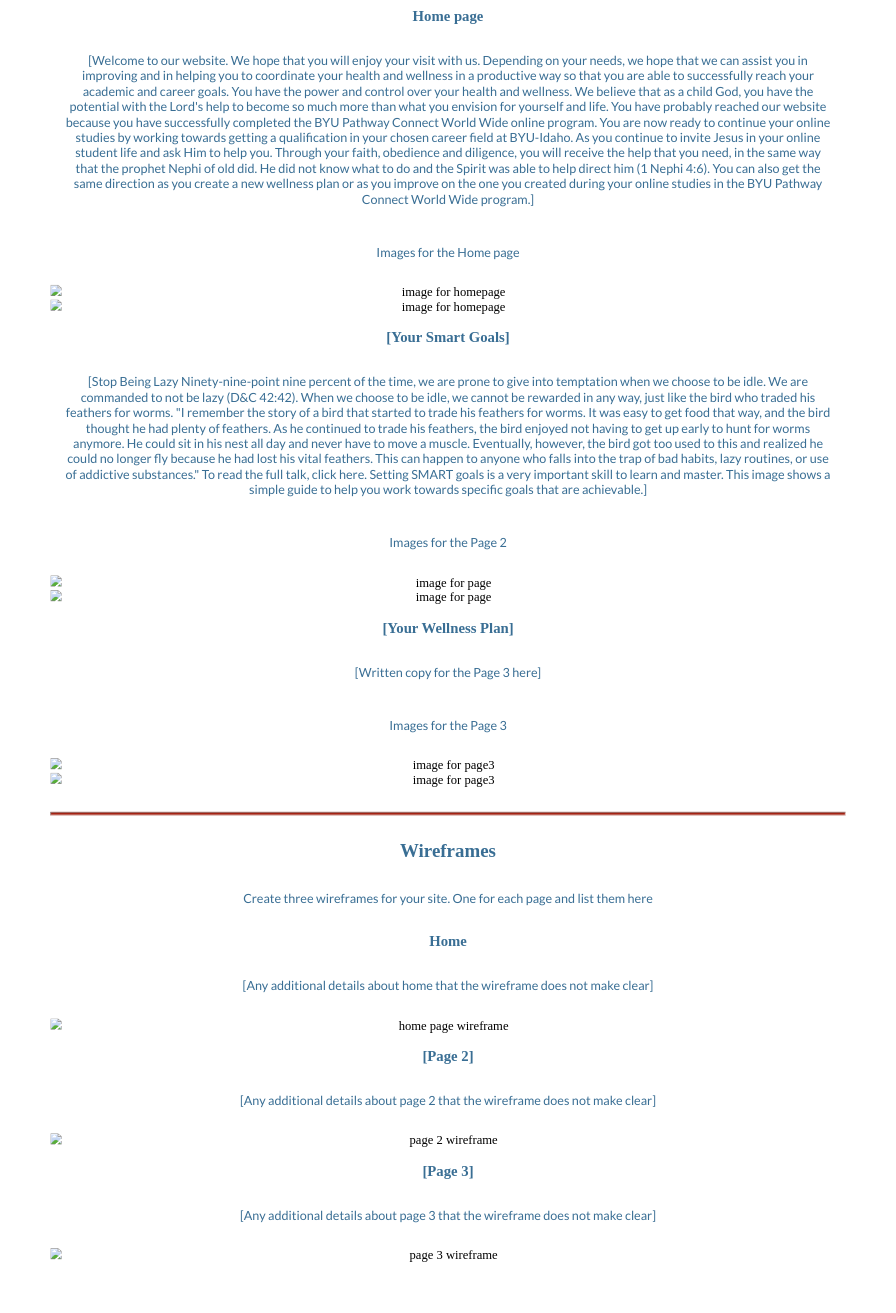
Repository: mszakutumela/wdd130
Page: wellness_plan/site-plan.html
An editor plug-in stored every save of this project. The page is shown before and after the next save, followed by the edit.
The browser window is 1280 px wide. The pictures show the part of the page from y = 2737 to 4657 px (the page is 4613 px tall before and 4657 px after), at 70% of full size.
Some web fonts or font styles are not loaded; a fallback is used.

Above is the page before, as saved 2023-07-14 22:39:05.

### wellness_plan/site-plan.html

<!DOCTYPE html>
<html lang="en-us">

  <head>
    <meta charset="utf-8">
    <title>Site Plan</title>
    <link type="text/css" rel="stylesheet" href="styles/site-plan.css">
  </head>

  <body>
    <header>
      <h1>[Wellness Plan] Site Plan</h1>
      <h2>Ayanda Ndlovu</h2>
      <h2>WDD 130-[W07-W08]</h2>
      <!-- In the header above, add the name or your site, your name and class number. For example if you are in section 3 you would put WDD 130.03 -->
    </header>
    <main>

      <!-- ------------------------Steps 2-3------------------------------ -->
      <hr>
      <h2>Overview</h2>
      <h3>Purpose</h3>
      <p>[The purpose of this website is to educate BYU Pathway World Wide online students around the world about a "Wellness Plan". For them <br>
        to know what it is and how it can help them. We know that furthering one's studies is not easy and it can <br>
        be very challenging. We are here help you create your own Wellness Plan for your academic and career success.]</p>  <!-- change this -->


      <h3>Audience</h3>
      <p>[BYU Pathway World Wide online students around the world who are studying to get a qualification for their chosen career path.]</p>  <!-- change this -->

      <hr>
      <h2>Branding</h2>
      <h3>Website Logo</h3>
      <!-- Replace this with some sort of logo for your site.  A logo can be as simple as the name of your site in a nice font :) -->
      <img src="images/logo 1.png" alt="Logo image">
      <hr>
      <h2>
        Style Guide
      </h2>

      <!-- ------------------------Steps 4-8------------------------------ -->

      <h3>
        Color Palette
      </h3>
      <!--  The colors you choose for a website are one of the most important decisions you will make. Follow the instructions on the activity in iLearn then return and replace the color codes below with the hex color codes (the 6 digit numbers that show at the bottom of each color) for the colors you have chosen below.  You should have at least 2 colors but do not have to fill in all 4 if you do not need them.  -->

      <!-- Copy and paste the URL to your finished palette below Make sure to paste it into both spots -->
      Palette URL: <a href="https://coolors.co/396e94-e7c24f-a43312-381d2a-aabd8c" target="_blank">https://coolors.co/396e94-e7c24f-a43312-381d2a-aabd8c</a>


      <table class="colors">
        <tr><th>Primary</th><th>Secondary</th><th>Accent 1</th><th>Accent 2</th></tr>
        <!-- Replace the numbers in the boxes below with your hex color codes. Then switch to the site-plan.css file and change your colors there as well. -->
        <tr><td class="primary">[#327570]</td><td class="secondary">[#b4f7f1]</td><td class="accent1">[#69f5ea]</td><td class="accent2">[#53c2b0]</td></tr>
      </table>

      <!-- ------------------------Step 9------------------------------ -->

      <h3>
        Typography
      </h3>
      <!-- Choose a font for your paragraphs (body copy) and headlines. What font(s) have you chosen? Why did you choose what you did?  Make sure to review the list of web safe fonts at W3Schools.org as a starting point.  Think also about which of your colors above you might use for background and font colors. -->

      <h4>
        Heading Font: [Arial]  <!-- change this -->
      </h4>
      <h4>
        Paragraph Font: [Tahoma]  <!-- change this -->
      </h4>
      <h3>
        Normal paragraph example
      </h3>
      <p>
        Lorem ipsum dolor sit amet, consectetur adipiscing elit, sed do eiusmod tempor incididunt ut labore et dolore magna aliqua. Ut enim ad minim veniam, quis nostrud exercitation ullamco laboris nisi ut aliquip ex ea commodo consequat. Duis aute irure dolor in reprehenderit in voluptate velit esse cillum dolore eu fugiat nulla pariatur. Excepteur sint occaecat cupidatat non proident, sunt in culpa qui officia deserunt mollit anim id est laborum.
      </p>
      <h3>
        Colored paragraph example
      </h3>
      <p class="colored">
        Lorem ipsum dolor sit amet, consectetur adipiscing elit, sed do eiusmod tempor incididunt ut labore et dolore magna aliqua. Ut enim ad minim veniam, quis nostrud exercitation ullamco laboris nisi ut aliquip ex ea commodo consequat.
      </p>

      <!-- ------------------------Step 10------------------------------ -->

      <h3>
        Navigation
      </h3>
      <!-- Think about how you want your navigation bar to look. In the site-plan.css file change the colors to your colors to get the look you desire. -->
      <nav>
        <a href="#">Home</a>
        <a href="#">Your Smart Goals </a>
        <a href="#">Your Wellness Plan</a>
      </nav>
      <hr>
      <h2>
        Site Map
      </h2>
      <div class="sitemap">
        <div class="sm-home">
          Home
        </div>
        <div class="sm-page2">
          [Your Smart Goals] <!-- change this -->
        </div>
        <div class="sm-page3">
          [Your Wellness Plan]  <!-- change this -->
        </div>

        <div class="top">
          &nbsp;
        </div>
        <div class="left">
          &nbsp;
        </div>
        <div class="right">
          &nbsp;
        </div>

      </div>

      <!-- --------Content Section -------------- -->
      <hr>
      <h2>
        Content
      </h2>
      <h3>Home page</h3>
      <p>
        [Welcome to our website. We hope that you will enjoy your visit with us.
        Depending on your needs, we hope that we can assist you in improving and
        in helping you to coordinate your health and wellness in a productive way
        so that you are able to successfully reach your academic and career goals.
        You have the power and control over your health and wellness. We believe
        that as a child God, you have the potential with the Lord's help to become
        so much more than what you envision for yourself and life.
        You have probably reached our website because you have successfully completed
        the BYU Pathway Connect World Wide online program. You are now ready to continue
        your online studies by working towards getting a qualification in your chosen career
        field at BYU-Idaho.
        As you continue to invite Jesus in your online student life and ask Him to help you.
        Through your faith, obedience and diligence, you will receive the help that you need,
        in the same way that the prophet Nephi of old did. He did not know what to do and the
        Spirit was able to help direct him (1 Nephi 4:6). You can also get the same direction
        as you create a new wellness plan or as you improve on the one you created during your
        online studies in the BYU Pathway Connect World Wide program.]
      </p>
      <p>Images for the Home page</p>
        <img src="#" alt="image for homepage">
        <img src="#" alt="image for homepage">

      </ul>
      <h3>[Your Smart Goals]</h3>
      <p>
        [Stop Being Lazy
        Ninety-nine-point nine percent of the time, we are prone to give into temptation when we choose
        to be idle. We are commanded to not be lazy (D&C 42:42). When we choose to be idle, we cannot be
        rewarded in any way, just like the bird who traded his feathers for worms.
        "I remember the story of a bird that started to trade his feathers for worms. It was easy to get
        food that way, and the bird thought he had plenty of feathers. As he continued to trade his feathers,
        the bird enjoyed not having to get up early to hunt for worms anymore. He could sit in his nest all day
        and never have to move a muscle. Eventually, however, the bird got too used to this and realized he could
        no longer fly because he had lost his vital feathers. This can happen to anyone who falls into the trap of
        bad habits, lazy routines, or use of addictive substances."
        To read the full talk, click here.
        Setting SMART goals is a very important skill to learn and master. This image shows a simple guide to help
        you work towards specific goals that are achievable.]
      </p>
      <p>Images for the Page 2</p>
        <img src="#" alt="image for page">
        <img src="#" alt="image for page">

      </ul>
      <h3>[Your Wellness Plan]</h3>
      <p>
        [Written copy for the Page 3 here]
      </p>
      <p>Images for the Page 3</p>
        <img src="#" alt="image for page3">
        <img src="#" alt="image for page3">

      </ul>
      <hr>
      <h2>
        Wireframes
      </h2>
      <p>
        Create three wireframes for your site. One for each page and list them here</p>

      <h3>Home</h3>
      <p>
        [Any additional details about home that the wireframe does not make clear]
      </p>
      <img src="#" alt="home page wireframe">

      <h3>[Page 2]</h3>
      <p>
        [Any additional details about page 2 that the wireframe does not make clear]
      </p>
      <img src="#" alt="page 2 wireframe">

      <h3>[Page 3]</h3>
      <p>
        [Any additional details about page 3 that the wireframe does not make clear]
      </p>
      <img src="#" alt="page 3 wireframe">
    </main>
  </body>

</html>

### wellness_plan/styles/site-plan.css
/* if you are using any Google fonts change the font names below to your fonts.
Any spaces in your font name should be replaced with a +.
Fonts are separated by a | */
@import url('https://fonts.googleapis.com/css?family=IM+Fell+French+Canon+SC|Lato');

:root {
  /* change the values below to your colors from your palette */
  --primary-color: #396E94   ;
  --secondary-color: #E7C24F ;
  --accent1-color: #A42212;
  --accent2-color: white;

  /* change the values below to your chosen font(s) */
  --heading-font: "IM Fell French Canon SC";
  --paragraph-font: Lato, Helvetica, sans-serif;

  /* these colors below should be chosen from among your palette colors above */
  --headline-color-on-white: #396E94;  /* headlines on a white background */
  --headline-color-on-color: white; /* headlines on a colored background */
  --paragraph-color-on-white: #396E94; /* paragraph text on a white background */
  --paragraph-color-on-color: white; /* paragraph text on a colored background */
  --paragraph-background-color: #396E94  ;
  --nav-link-color: #396E94;
  --nav-background-color: #D4AC0D;
  --nav-hover-link-color: white;
  --nav-hover-background-color: #396E94;
}


/*  Look around below...but DON'T CHANGE ANYTHING! */

body {
  max-width: 1200px;
  margin: 0 auto;
  padding: 4em;
  font-size: 18px;
  text-align: center;
}
img {
  display: block;
  margin: 0 auto;
}
h1, h2, h3, h4, h5, h6 {
  font-family: var(--heading-font);
  color: var(--headline-color-on-white);
}
h2 {
  text-align: center;
}
hr {
  height: 3px;
  margin: 35px 0;
  background: var(--accent1-color);
}
header {
  padding: 1em;
  text-align: center;
  color: var(--headline-color-on-color);
  background-color: var(--paragraph-background-color);
}
header > h1, header > h2 {
  color: var(--headline-color-on-color);
}

p {
  font-family: var(--paragraph-font);
  color: var(--paragraph-color-on-white);
  padding: 1em;
}
.colors {
  width: 100%;
  min-width: 350px;
  margin: 30px auto;
  text-align: center;
}
.colors th {
  background-color: #999;
}
.colors td{
  width: 25%;
  height: 3em;
}

.primary {
  background-color: #327570;
}
.secondary {
  background-color: #b4f7f1;
}
.accent1 {
  background-color: #69f5ea;
}
.accent2{
  background-color: var(#53c2b9);
}

p.colored {
  background-color: var(--paragraph-background-color);
  color: var(--paragraph-color-on-color);
}

nav {
  background-color: var(--nav-background-color);
  line-height: 3em;
  text-align: center;
  font-size: 1.2em;
}
nav  {
  list-style-type: none;
  display: flex;

}
nav a {
  padding:1em;
  min-width: 120px;
  text-decoration: none;
  padding: 10px;

}
nav a:link, nav a:visited {
  color: var(--nav-link-color);
}
nav a:hover {
  color: var(--nav-hover-link-color);
  background-color: var(--nav-hover-background-color);
}

.sitemap {
  display: grid;
  justify-content: center;

  grid-template-columns: repeat(6, 15%);
  grid-template-rows: 3em 1.5em 1.5em 3em;
  grid-template-areas: ". . home home . ."
    ". . . top . ."
    ". left left right right ."
    "page2 page2 . . page3 page3";
}
.sitemap > div {

  text-align: center;

}
.sm-home {
  grid-area: home;
  background-color: #ccc;
  line-height: 3em;
}
.sm-page2 {
  grid-area: page2;
  background-color: #ccc;
  line-height: 3em;
}
.sm-page3 {
  grid-area: page3;
  background-color: #ccc;
  line-height: 3em;
}

.top {
  grid-area: top;
  border-left: 1px solid;
}

.left {
  grid-area: left;
  border-top: 1px solid;
  border-left: 1px solid;
}

.right {
  grid-area: right;
  border-top: 1px solid;
  border-right: 1px solid;
}

After the next save:
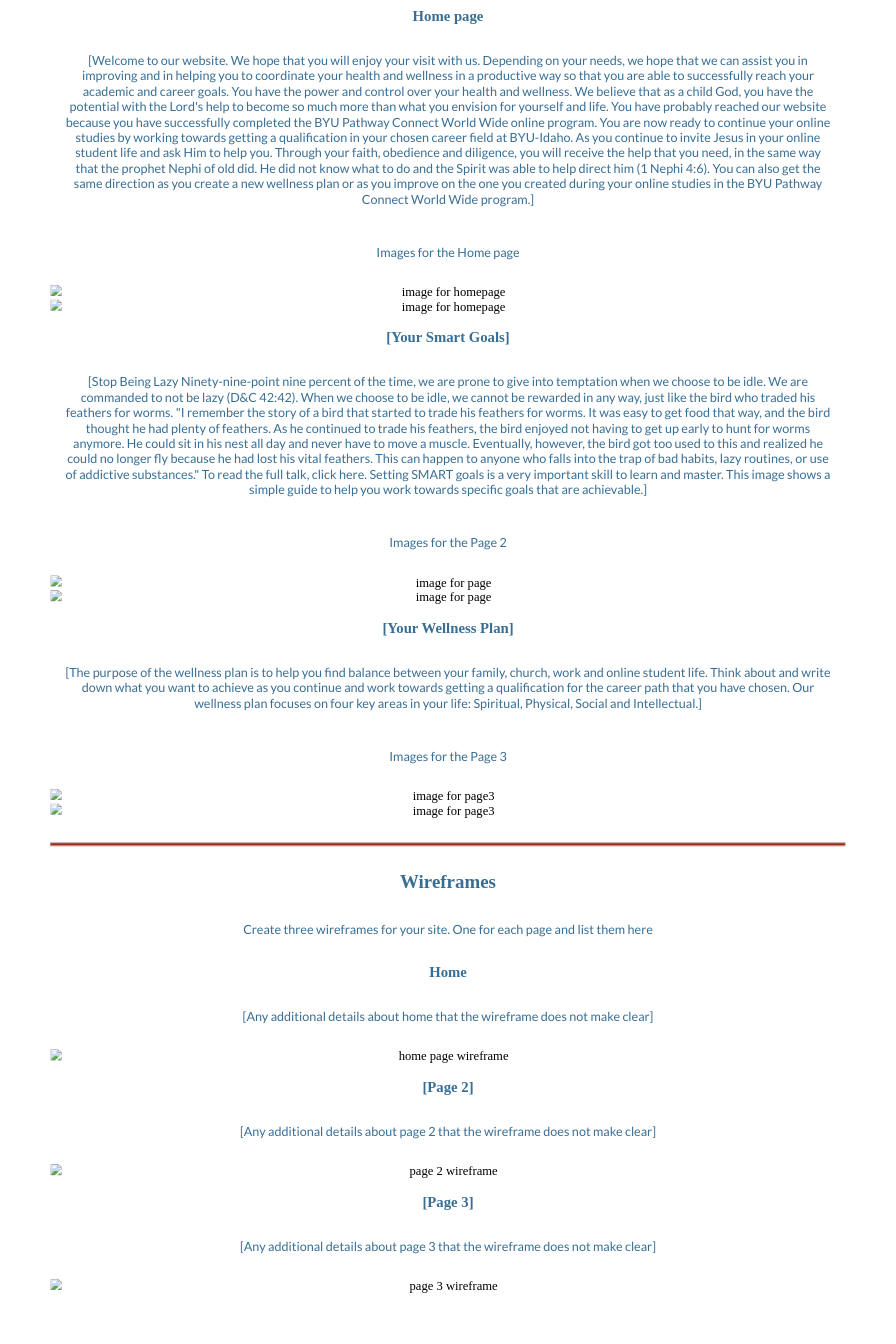
Saved 42 s later.
--- a/wellness_plan/site-plan.html
+++ b/wellness_plan/site-plan.html
@@ -173,7 +173,7 @@
       </ul>
       <h3>[Your Wellness Plan]</h3>
       <p>
-        [Written copy for the Page 3 here]
+        [The purpose of the wellness plan is to help you find balance between your family, church, work and online student life. Think about and write down what you want to achieve as you continue and work towards getting a qualification for the career path that you have chosen. Our wellness plan focuses on four key areas in your life: Spiritual, Physical, Social and Intellectual.]
       </p>
       <p>Images for the Page 3</p>
         <img src="#" alt="image for page3">
